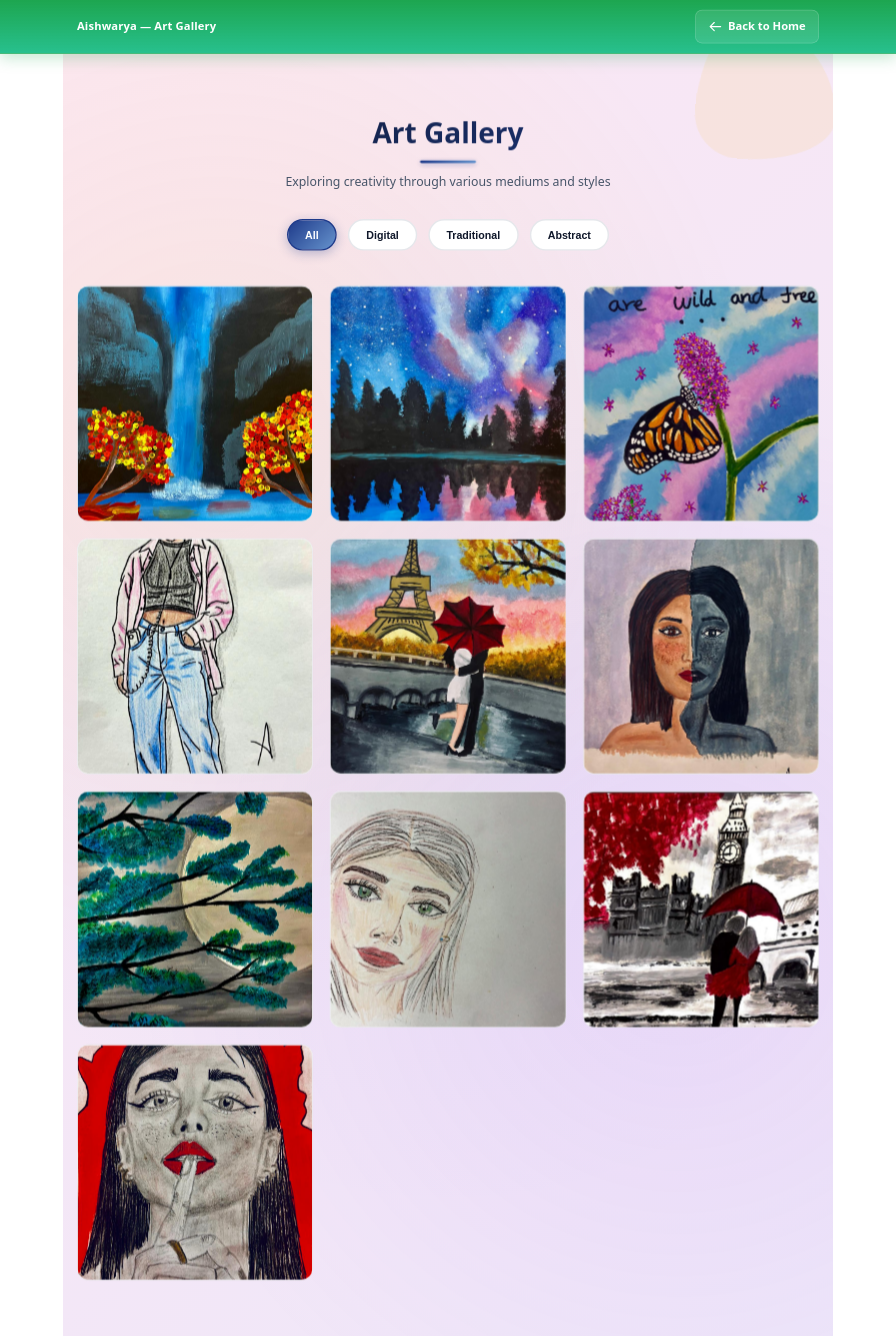
Repository: aishwarya-41/personal_portfolio
Page: /art
These files come from the project's save history. The page is drawn as it stood at one moment and after the next save; the edit follows.
The browser window is 1280 px wide. The pictures show the whole page, at 70% of full size.
The project was rebuilt for these pictures with package versions that can differ from the ones it lists, and the page was loaded fresh each time. Also part of the build but not shown: vite.config.js, src/components/Header.jsx, src/components/Hero.jsx, src/components/About.jsx, src/components/Education.jsx, src/components/Projects.jsx, src/components/Skills.jsx, src/components/Certifications.jsx and 6 more.

Above is the page before, as saved 2025-11-01 12:05:06.

After the next save:
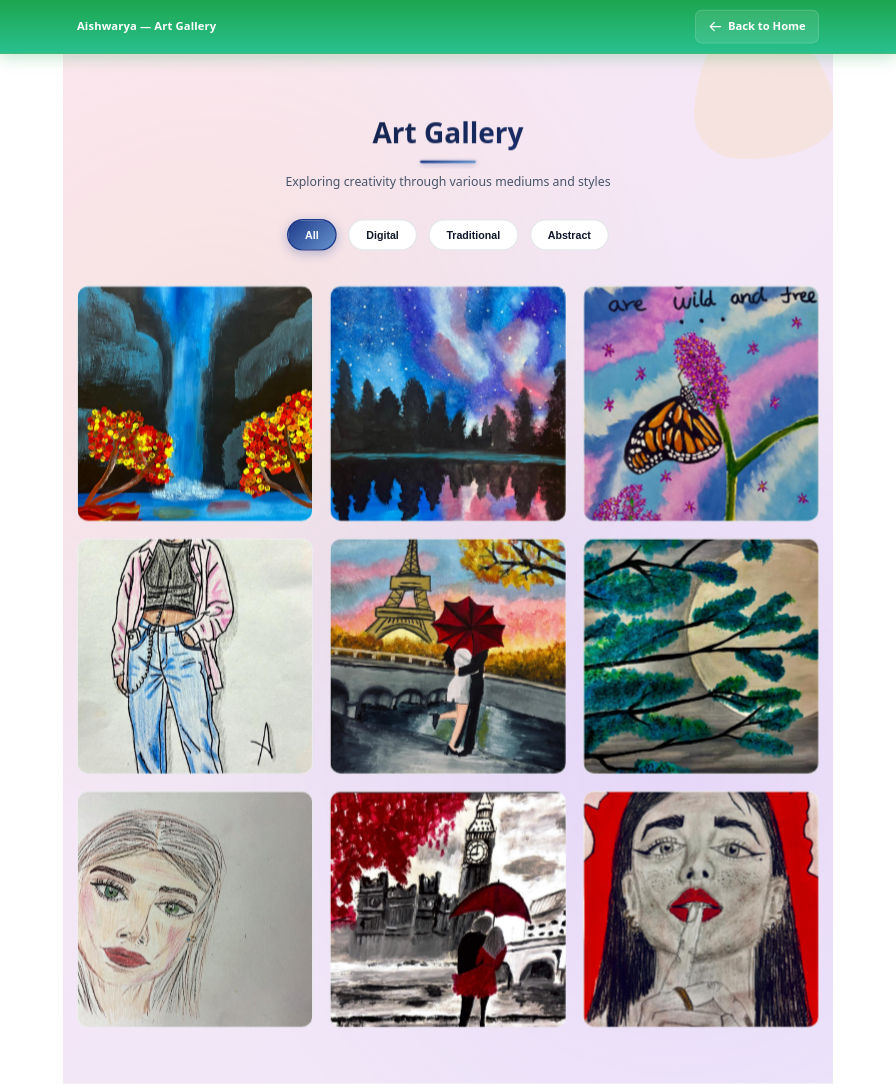
Saved 31 s later.
--- a/src/components/ArtGallery.jsx
+++ b/src/components/ArtGallery.jsx
@@ -41,14 +41,7 @@ const artPieces = [
     description: 'A vibrant exploration of color relationships.',
     year: '2024'
   },
-  {
-    id: 6,
-    title: 'Watercolor Dreams',
-    category: 'traditional',
-    image: '/art/art6.png',
-    description: 'Delicate watercolor painting with soft tones.',
-    year: '2023'
-  },
+
    {
     id: 7,
     title: 'Watercolor Dreams',
